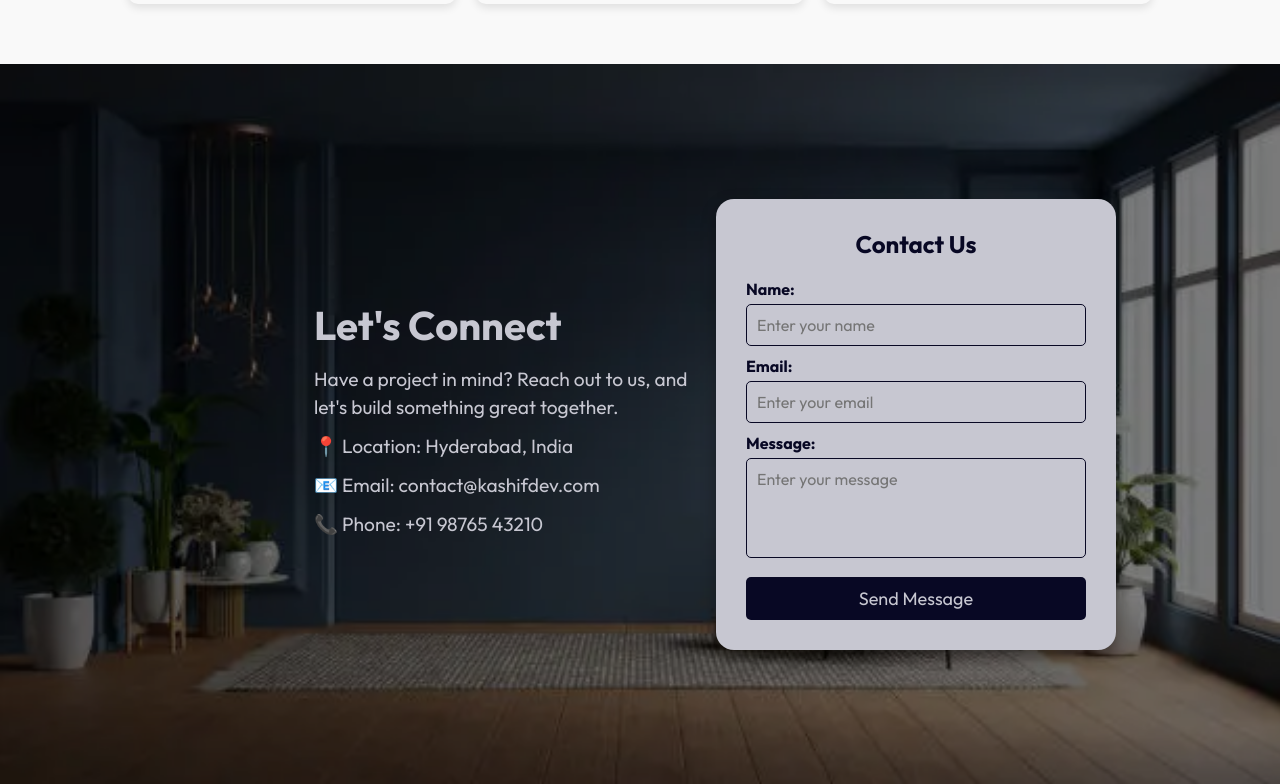
Repository: TechProjectss/Portfolio
Page: / (app in Merajweb/)
These files come from the project's save history. The page is drawn as it stood at one moment and after the next save; the edit follows.
The browser window is 1280 px wide. The pictures show the part of the page from y = 2915 to 3699 px (the page is 3699 px tall).
The project was rebuilt for these pictures with package versions that can differ from the ones it lists, and the page was loaded fresh each time. Also part of the build but not shown: Merajweb/vite.config.js.

Above is the page before, as saved 2025-02-26 13:02:14.

After the next save:
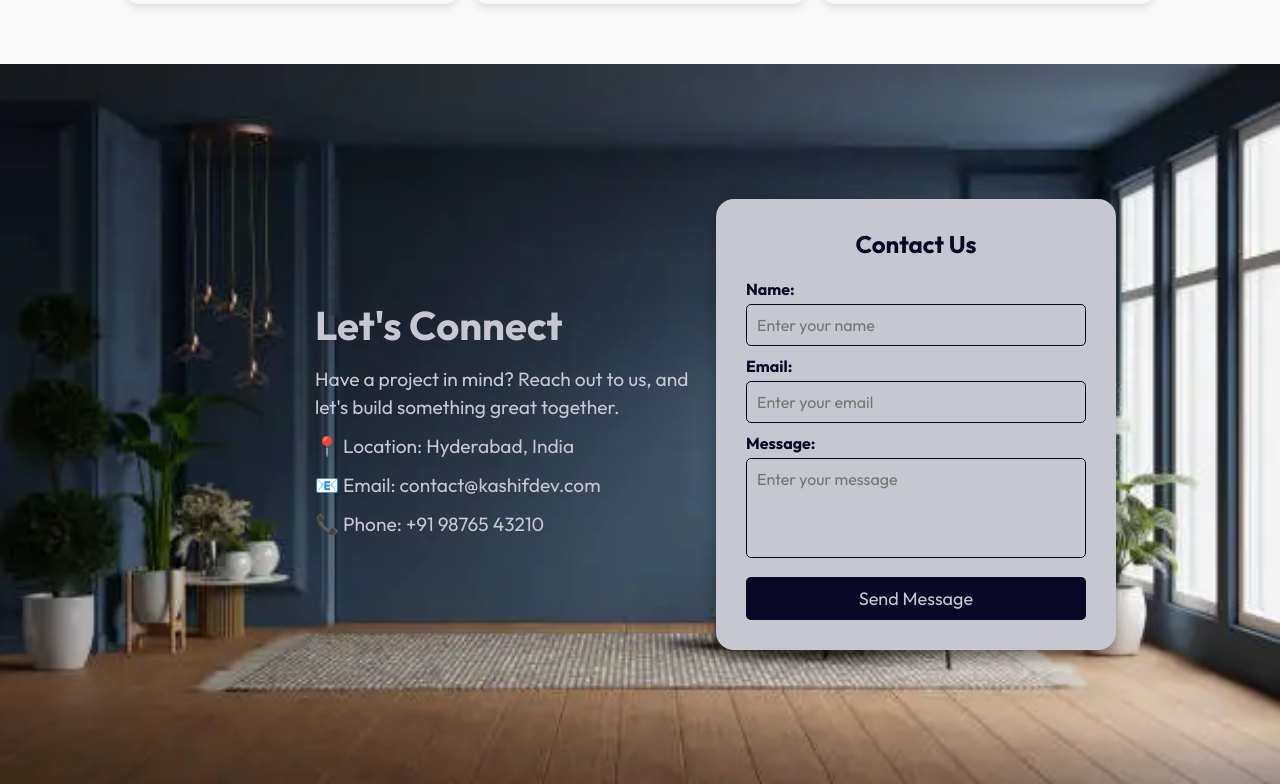
Saved 4 min 24 s later.
--- a/Merajweb/src/components/Contact/Contact.css
+++ b/Merajweb/src/components/Contact/Contact.css
@@ -10,14 +10,6 @@
 }
 
 /* Overlay for Readability */
-.overlay {
-    width: 100%;
-    height: 100vh;
-    background: rgba(0, 0, 0, 0.5);
-    position: absolute;
-    top: 0;
-    left: 0;
-}
 
 /* Left Side Content */
 .contact-info {
